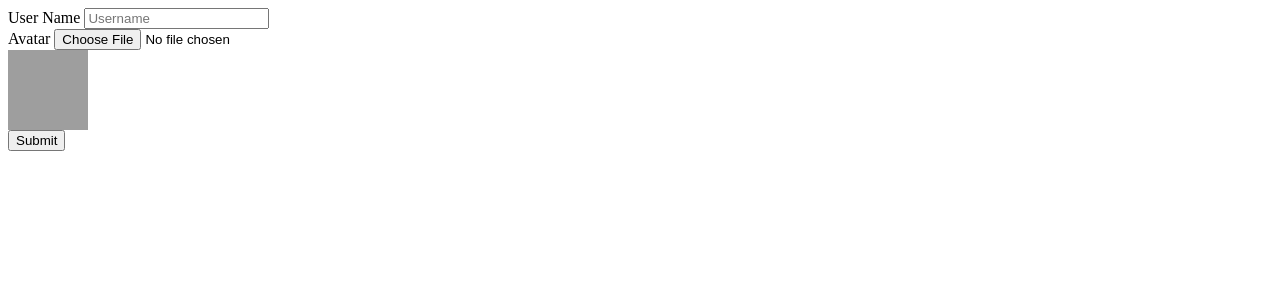
Repository: AnnPTit/Java04_jsp_servelet
Page: http://localhost/Asm/Layout/profile.jsp
These files come from the project's save history. The page is drawn as it stood at one moment and after the next save; the edit follows.
The browser window is 1280 px wide. The pictures show the whole page.
Pictures or frames that could not be fetched are drawn as grey boxes. The page is served by Tomcat 9. Other server files are loaded and not shown.

Above is the page before, as saved 2023-04-08 08:00:02.

### Asm/src/main/webapp/Layout/profile.jsp
<%@ page language="java" contentType="text/html; charset=UTF-8"
	pageEncoding="UTF-8"%>
<div>
	<form method="POST" enctype="multipart/form-data"
		action="${pageContext.request.contextPath}/views/profile">

		<div class="input-group mb-3">
			<span class="input-group-text" id="basic-addon1">User Name</span> <input
				type="text" class="form-control" placeholder="Username"
				aria-label="Username" aria-describedby="basic-addon1" name="username" value="${userLogged.username}">
		</div>




		<div>
			<label>Avatar</label> <input type="file" name="avatar">
		</div>
		<div>
			<img width="80" height="80"
				src="${pageContext.request.contextPath}/upload/${userLogged.avatar}">
		</div>

		<div>
			<input type="submit" value="Submit">
		</div>

	</form>
</div>

After the next save:
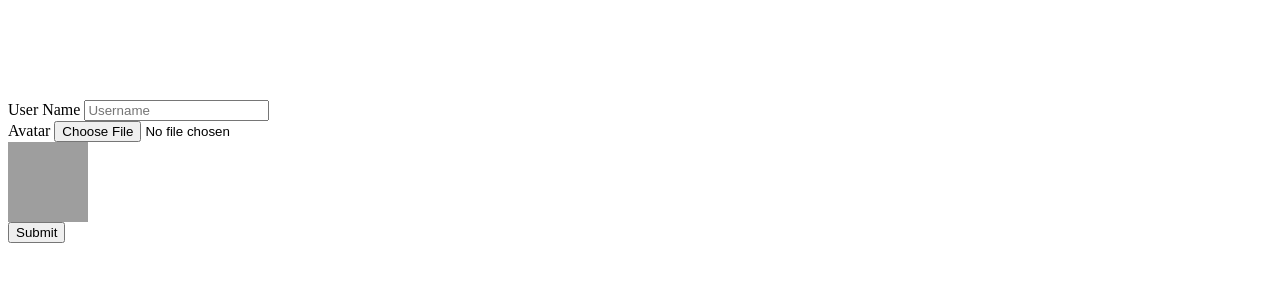
Saved 29 s later.
--- a/Asm/src/main/webapp/Layout/profile.jsp
+++ b/Asm/src/main/webapp/Layout/profile.jsp
@@ -4,13 +4,11 @@
 	<form method="POST" enctype="multipart/form-data"
 		action="${pageContext.request.contextPath}/views/profile">
 
-		<div class="input-group mb-3">
+		<div class="input-group mb-3" style="margin-top: 100px">
 			<span class="input-group-text" id="basic-addon1">User Name</span> <input
 				type="text" class="form-control" placeholder="Username"
 				aria-label="Username" aria-describedby="basic-addon1" name="username" value="${userLogged.username}">
 		</div>
-
-
 
 
 		<div>
